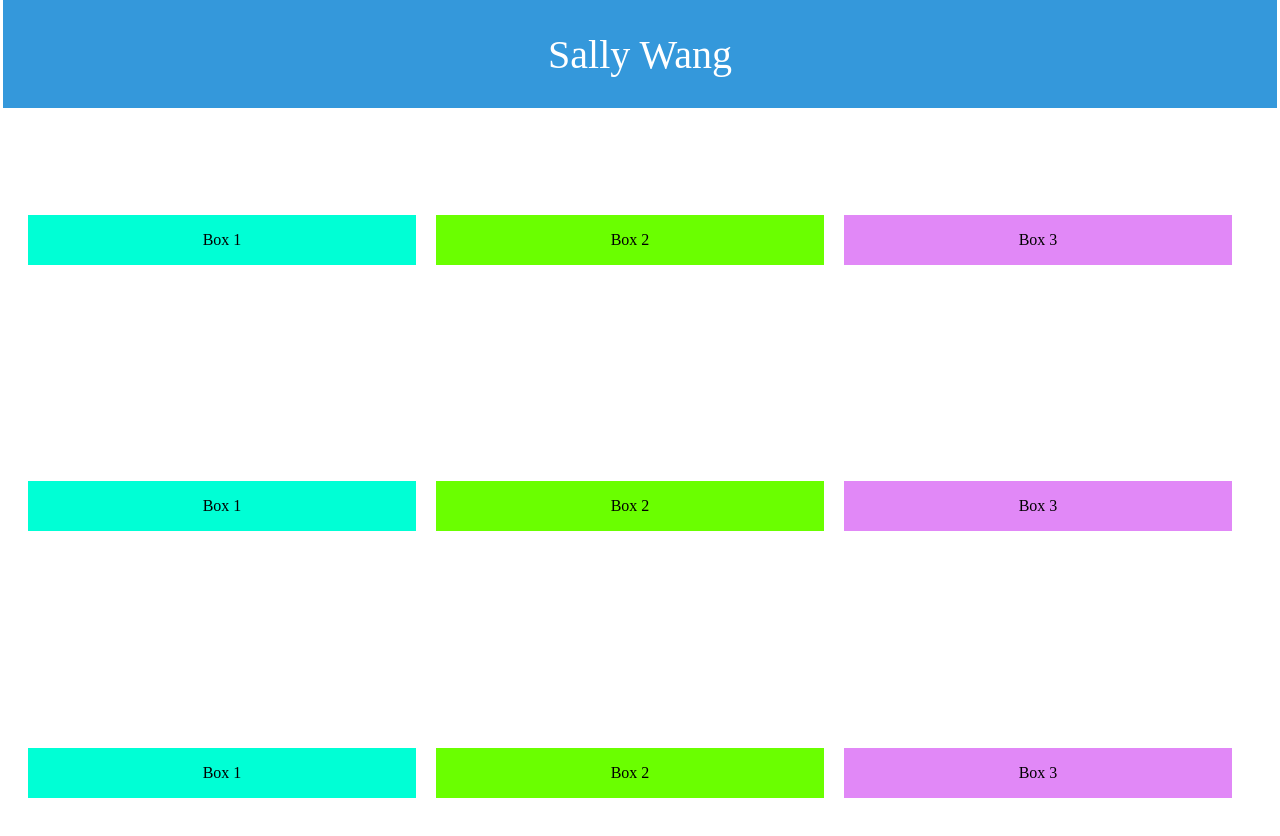
Repository: tianjiewang2022/tianjiewang2022.github.io
Page: index.html
An editor plug-in stored every save of this project. The page is shown before and after the next save, followed by the edit.
The browser window is 1280 px wide. The pictures show the whole page.

Above is the page before, as saved 2023-10-01 22:52:48.

### index.html
<!DOCTYPE html>
<html lang="en">

    <head>
        <meta charset="UTF-8">
        <meta name="viewport" content="width=device-width, initial-scale=1.0">
        <title>Sally's Webpage</title>
        <style>
            body {
                padding: 10px;
                left: 3%;
                right: 3%;
            }

            header {
                background-color: #3498db;
                /* Choose your header color */
                color: white;
                position: fixed;
                top: 0;
                height: 15%;
                left: 3px;
                right: 3px;
                display: flex;
                align-items: center;
                justify-content: center;
                z-index: 100;
                font-size: 40px;
            }

            .container {
                margin-top: 15%;
                padding: 10px;
                display: flex;
                flex-wrap: wrap;
                justify-content: space-between;
                flex-wrap: nowrap;
            }

            .box {
                width: calc(33.33% - 20px);
                height: 50px;
                margin-right: 20px;
                background-color: #ccc;
                /* Default background color */
                /* Add margin between boxes */
                margin-bottom: 10px;
                background-color: #ccc;
                /* Default background color */
                text-align: center;
                display: flex;
                align-items: center;
                justify-content: center;
            }

            .blue {
                background-color: rgb(0, 255, 213);
            }

            .green {
                background-color: rgb(106, 255, 0);
            }

            .purple {
                background-color: rgb(225, 136, 247);
            }
        </style>
    </head>

    <body>
        <header>
            Sally Wang
        </header>

        <div class="container">
            <!-- Your content goes here -->
            <span class="box blue">Box 1</span>
            <span class="box green">Box 2</span>
            <span class="box purple">Box 3</span>
        </div>
        <div class="container">
            <!-- Your content goes here -->
            <span class="box blue">Box 1</span>
            <span class="box green">Box 2</span>
            <span class="box purple">Box 3</span>
        </div>
        <div class="container">
            <!-- Your content goes here -->
            <span class="box blue">Box 1</span>
            <span class="box green">Box 2</span>
            <span class="box purple">Box 3</span>
        </div>
    </body>

</html>

After the next save:
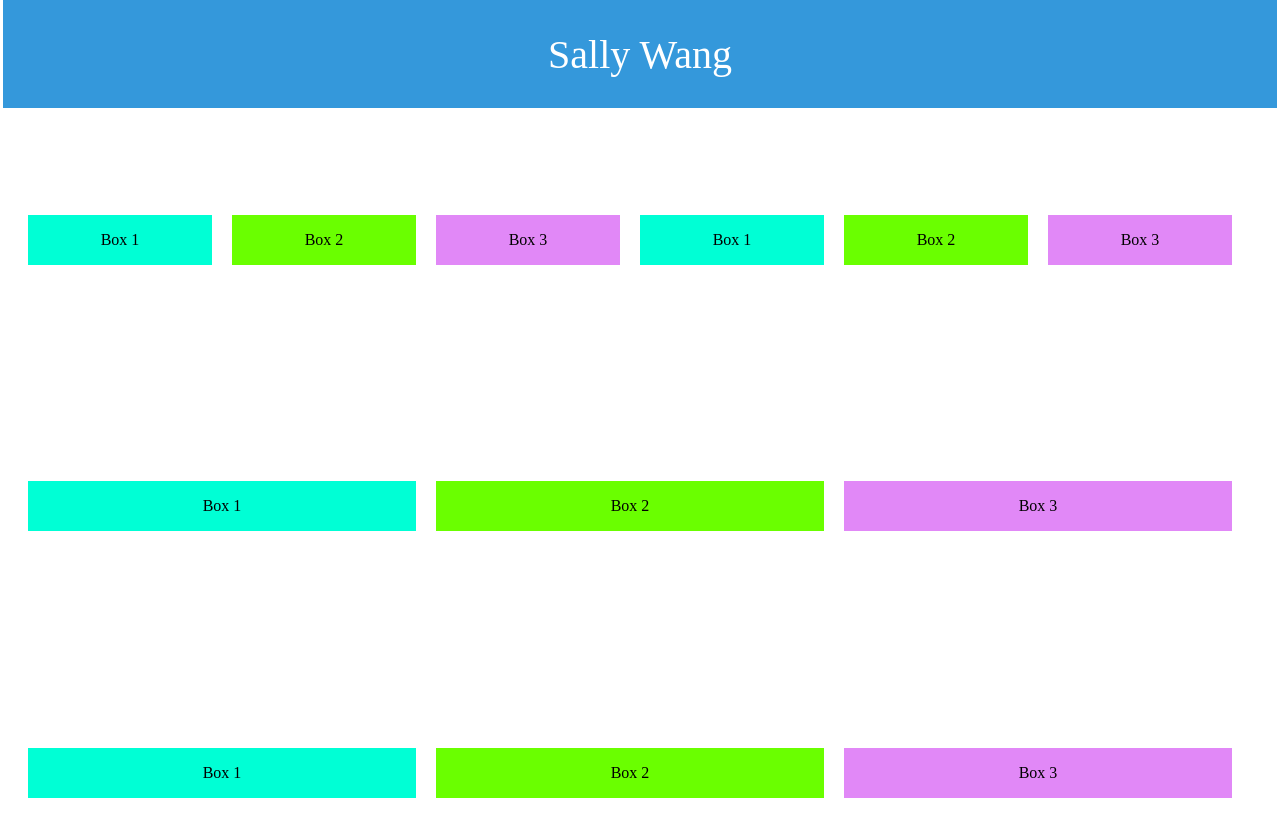
Saved 33 s later.
--- a/index.html
+++ b/index.html
@@ -77,6 +77,9 @@
             <span class="box blue">Box 1</span>
             <span class="box green">Box 2</span>
             <span class="box purple">Box 3</span>
+            <span class="box blue">Box 1</span>
+            <span class="box green">Box 2</span>
+            <span class="box purple">Box 3</span>
         </div>
         <div class="container">
             <!-- Your content goes here -->
